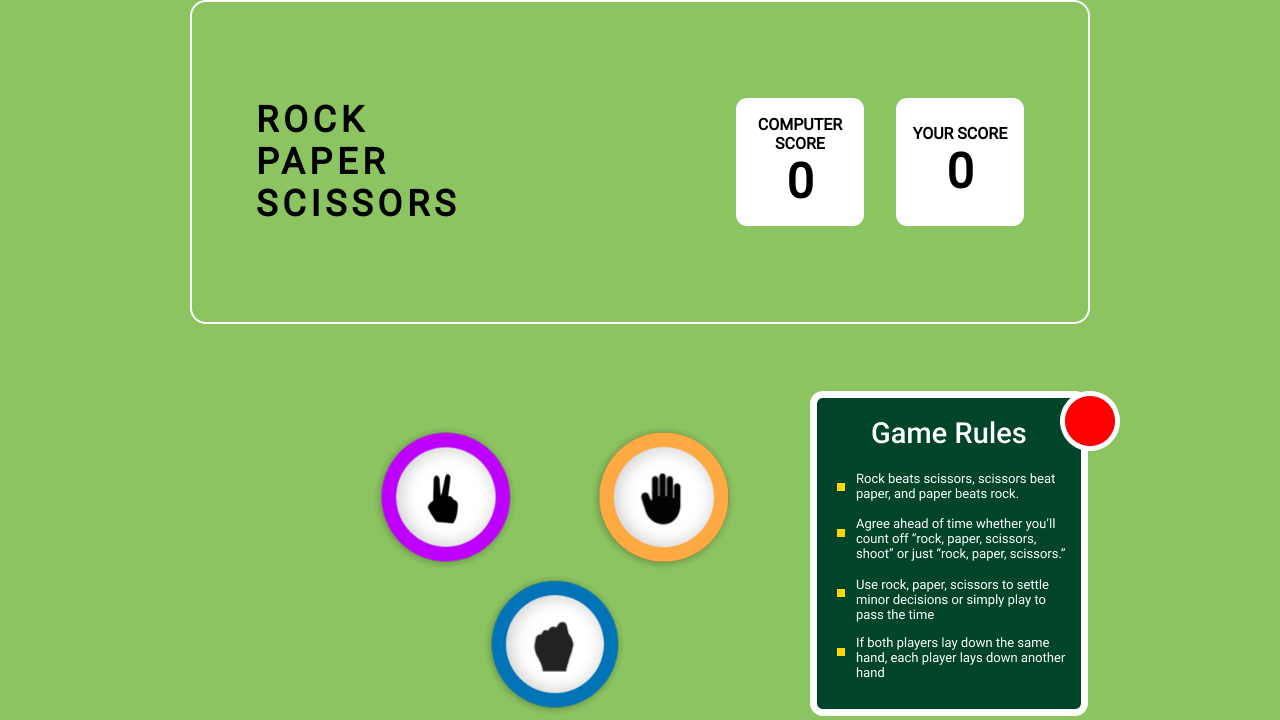
Repository: drumsmanku/Major-module-project-1
Page: index.html
An editor plug-in stored every save of this project. The page is shown before and after the next save, followed by the edit.
The browser window is 1280 px wide. The pictures show the whole page.

Above is the page before, as saved 2023-04-27 12:29:10.

### index.html
<!DOCTYPE html>
<html lang="en">
<head>
  <meta charset="UTF-8">
  <meta http-equiv="X-UA-Compatible" content="IE=edge">
  <meta name="viewport" content="width=device-width, initial-scale=1.0">
  <link rel="stylesheet" href="styles.css">
  <title>Module Project 1 </title>
</head>
<body>
  <div class="main-container">
    <div class="first-container">
      <div class="text">
        <h1>ROCK PAPER SCISSORS</h1>
      </div>
      <div class="two-boxes">
        <div class="computer-score">
          <h4>COMPUTER SCORE</h4>
          <h1>0</h1>
        </div>
        <div class="your-score">
          <h4>YOUR SCORE</h4>
          <h1>0</h1>
        </div>
      </div>

    </div>

    <div class="second-main-container">
      <div class="second-first-main-container">
        <div class="two-buttons">
          <button class="btn-2"><img src="2.png" alt=""></button>
          <button class="btn-3"><img src="3.png" alt=""></button>
        </div>
        <button class="btn-1"> <img src="1.png" alt=""></button>
      </div>
      <div class="second-second-main-container">
        <div class="img-container">
          <img src="4.png" alt="">
          <button><img src="x.png" alt=""></button>
        </div>

      </div>
    </div>
  </div>

  <script src="script.js"></script>
</body>
</html>

### styles.css
@import url('https://fonts.googleapis.com/css2?family=Roboto&display=swap');

*{
  padding: 0;
  margin: 0;
}

body{
  background-color: #8CC461;
}
.main-container{
  display: flex;
  flex-direction: column;
  align-items: center;
}
.first-container{
  height: 12rem;
  width: 60vw;
  border: 2px solid white;
  background: none;
  border-radius: 1rem;
  padding: 4rem;
  display: flex;
  flex-direction: row;
  align-items: center;
  justify-content: space-between;
}
.text{
  height: inherit;
  width: 20%;
  display: flex;
  flex-wrap: wrap;
  flex-direction: column;
  font-family: 'Roboto';
  letter-spacing: 0.3rem;
  font-size: large;
  justify-content: center;
  align-items: center;
}

.computer-score{
  display: flex;
  flex-direction: column;
  height: 8rem;
  width: 8rem;
  flex-wrap: wrap;
  font-family: 'Roboto';
  justify-content: center;
  align-items: center;
  background-color: white;
  text-align: center;
  border-radius: 0.7rem;
}
.computer-score>h1{
  font-weight: 800;
  font-size: 3rem;
}
.your-score{
  display: flex;
  flex-direction: column;
  height: 8rem;
  width: 8rem;
  flex-wrap: wrap;
  font-family: 'Roboto';
  justify-content: center;
  align-items: center;
  background-color: white;
  text-align: center;
  border-radius: 0.7rem;
  margin-left: 2rem;
}
.your-score>h1{
  font-weight: 800;
  font-size: 3rem;
}
.two-boxes{
  display: flex;
  flex-direction: row;
  justify-content: space-between;
}
.second-main-container{
  display: flex;
  flex-direction: row;
  justify-content: flex-end;
  width: 100vw;
}
.second-first-main-container{
  display: flex;
  flex-direction: column;
  justify-content: flex-end;
  align-items: center;
  height: 55vh;
  width: 40vw;
}
.two-buttons{
  width: inherit;
  display: flex;
  flex-direction: row;
  justify-content: space-evenly;
}
.btn-1{
  background: none;
  border:none;
  cursor: pointer;
}
.btn-2{
  background: none;
  border:none;
  cursor: pointer;
}
.btn-3{
  background: none;
  border:none;
  cursor: pointer;
}
.second-first-main-container img{
  width: 9rem;
}

.second-second-main-container{
  display: flex;
  align-items: flex-end;
  margin-right: 12rem;
}
.second-second-main-container .img-container button{
  background: none;
  border: none;
  cursor: pointer;
  z-index: 999;
  position: absolute;
  right: 10rem;
}

Loaded but not shown: script.js (no stored copy; drawn as an empty file)

After the next save:
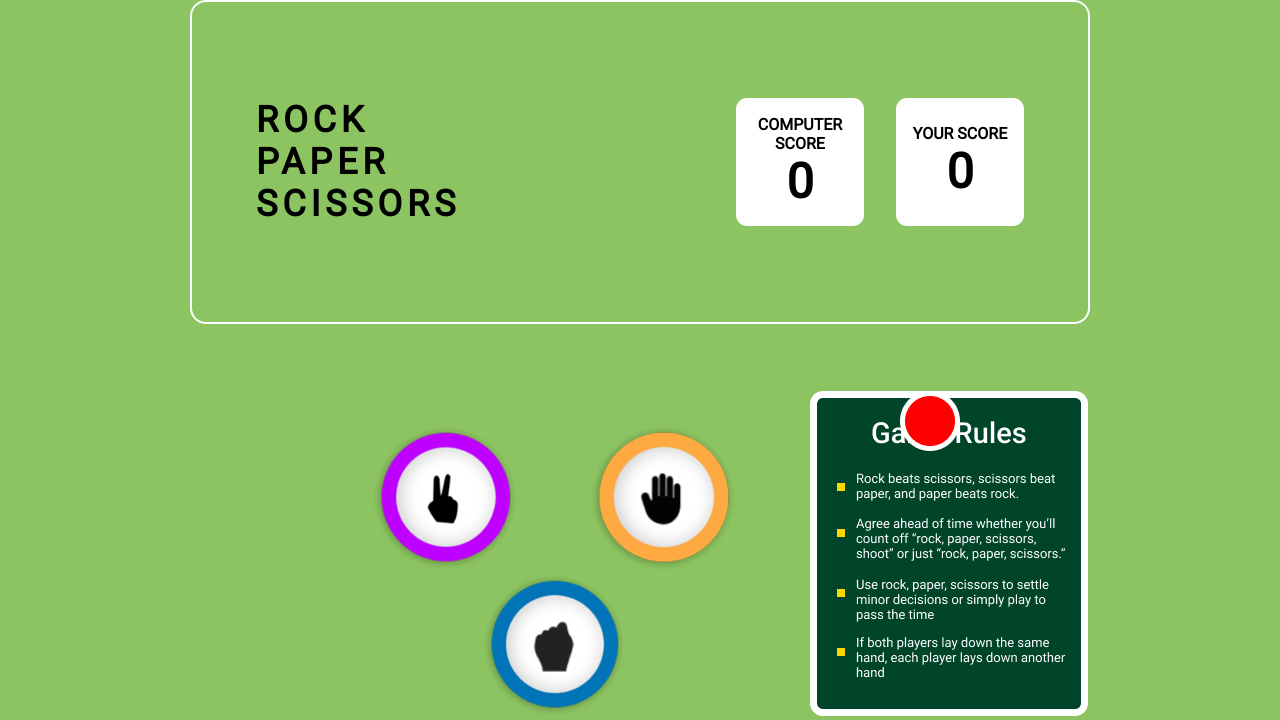
Saved 5 s later.
--- a/styles.css
+++ b/styles.css
@@ -128,5 +128,5 @@ body{
   cursor: pointer;
   z-index: 999;
   position: absolute;
-  right: 10rem;
+  right: 20rem;
 }
